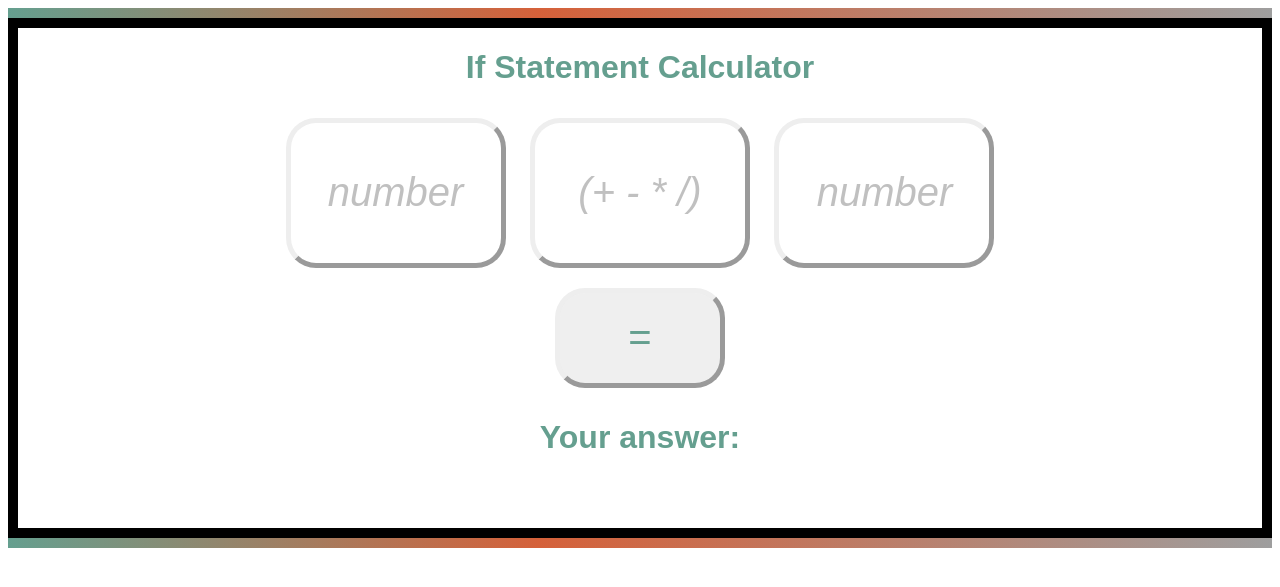
Repository: WesleyErasmus/threeInputCalculator
Page: html/if-calculator.html
These files come from the project's save history. The page is drawn as it stood at one moment and after the next save; the edit follows.
The browser window is 1280 px wide. The pictures show the whole page.

Above is the page before, as saved 2022-04-27 22:59:14.

After the next save:
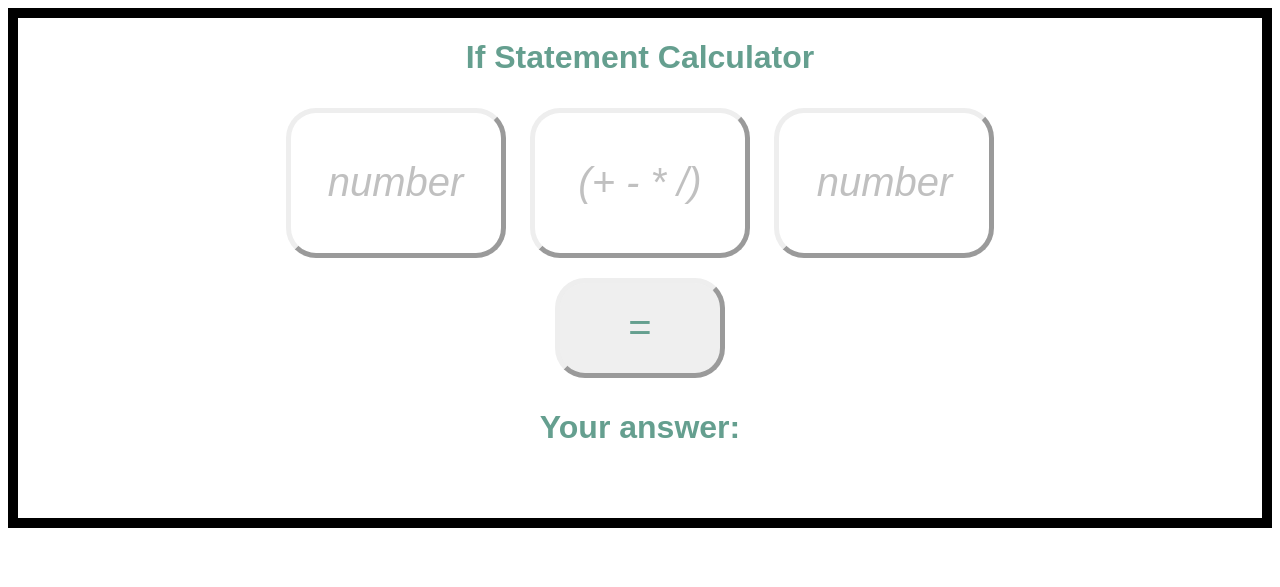
Saved 5 s later.
--- a/css/stylesheet.css
+++ b/css/stylesheet.css
@@ -2,11 +2,11 @@ body {
 font-family: sans-serif;
 /* background-color: #9e9e9e; */
 }
-#topGradientBar {
+/* #topGradientBar {
     background: rgb(101,159,143);
 background: linear-gradient(90deg, rgba(101,159,143,1) 0%, rgba(213,97,58,1) 42%, rgba(158,158,158,1) 100%);
 height: 10px;
-}
+} */
 h1 {
     color: #659f8f;
 }
